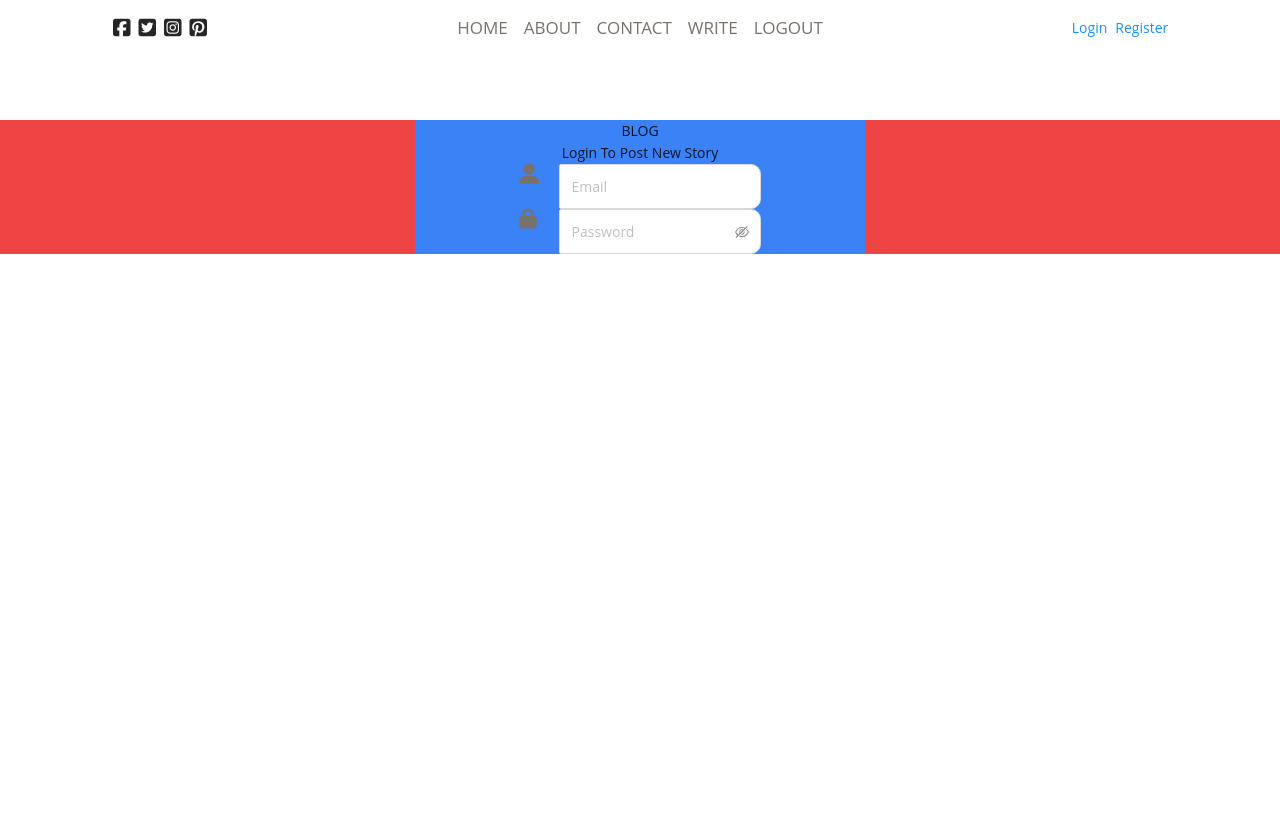
Repository: truongnguyenuit/Blog_App_ver2
Page: /login (app in client/)
The author's editor kept a copy of each file at every save. The page is drawn from the files as they stood at one save, then again after the next save.
The browser window is 1280 px wide. The pictures show the whole page.
Some web libraries are served in a nearby version. The project was rebuilt for these pictures with package versions that can differ from the ones it lists, and the page was loaded fresh each time. Also part of the build but not shown: client/src/components/AboutComponent.js, client/src/pages/HomePage.js, client/src/pages/RegisterPage.js.

Above is the page before, as saved 2022-07-18 11:36:34.

### client/public/index.html
<!DOCTYPE html>
<html lang="en">
  <head>

    <meta charset="utf-8" />
    <meta name="viewport" content="width=device-width, initial-scale=1" />
    <meta
      name="description"
      content="Web site created using create-react-app"
    />
    <style>
      *{
        font-family: 'Open Sans', sans-serif;
        margin: 0;
      }
    </style>
    <script src="https://kit.fontawesome.com/cd2089affa.js" crossorigin="anonymous"></script>
    <title>Blog App</title>

  </head>
  <body>

    <noscript>You need to enable JavaScript to run this app.</noscript>
    <div id="root"></div>

  </body>
</html>

### client/src/index.js
import React from 'react';
import ReactDOM from 'react-dom/client';
import './index.css';
import App from './App';
import 'antd/dist/antd.min.css'


const root = ReactDOM.createRoot(document.getElementById('root'));
root.render(
  <React.StrictMode>
    <App />
  </React.StrictMode>
);

### client/src/App.js
import { BrowserRouter, Route, Routes } from "react-router-dom";
import { configRouter } from './router/configRouter';
import NavbarComponent from './components/NavbarComponent';
function App() {
  return (
    <div>
      <BrowserRouter>
        <div className="fixed top-0 left-0 right-0 z-10">
          <NavbarComponent />
        </div>
        <div className="mt-[50px]"></div>
        <Routes>
          {configRouter.map((item, index) => {
            return (
              <Route
                key={index}
                path={item.path}
                element={item.page}
              />
            );
          })}

        </Routes>

      </BrowserRouter>
    </div>
  );
}

export default App;

### client/src/router/configRouter.js
import HomePage from "../pages/HomePage";
import LoginPage from "../pages/LoginPage";
import RegisterPage from "../pages/RegisterPage";
import { pathName } from "./pathName";

export const configRouter=[
  {
    path: pathName.home,
    page: <HomePage/>,
  },
  {
    path: pathName.login,
    page: <LoginPage/>,
  },
  {
    path: pathName.register,
    page: <RegisterPage/>
  }
]

### client/src/components/NavbarComponent.js
import React from 'react'
import { Link } from "react-router-dom";
import { Row, Col } from "antd"
import { pathName } from '../router/pathName';

const NavigateRouter = [
  {
    path: "",
    name: "HOME",
  },
  {
    path: "",
    name: "ABOUT",
  },
  {
    path: "",
    name: "CONTACT",
  },
  {
    path: "",
    name: "WRITE",
  },
  {
    path: "",
    name: "LOGOUT",
  },
];

const NavbarComponent = () => {
  return (
    <div className="bg-white">
      <Row >

        <Col span={6} className="h-14">
          <div className="flex justify-center items-center text-[20px] gap-2 h-14">
            <i className="fa-brands fa-facebook-square cursor-pointer"></i>
            <i className="fa-brands fa-twitter-square cursor-pointer"></i>
            <i className="fa-brands fa-instagram-square cursor-pointer"></i>
            <i className="fa-brands fa-pinterest-square cursor-pointer"></i>
          </div>
        </Col>

        <Col span={12} className="h-14">
          <nav>
            <ul className="flex justify-center items-center text-[17px] gap-4 h-14">
              {NavigateRouter.map((item, index) => {
                return (
                  <li key={index}>
                    <Link to={item.path} className="text-stone-500 hover:text-stone-400">
                      {item.name}
                    </Link>
                  </li>
                );

              })}
            </ul>
          </nav>
        </Col>

        <Col span={6} className="h-14">
          <div className="flex justify-center items-center gap-2 h-14">
            <Link to={pathName.login}>
              Login
            </Link>
            <Link to={pathName.register}>
              Register
            </Link>
          </div>
        </Col>

      </Row>
    </div>
  )
}

export default NavbarComponent

### client/src/pages/LoginPage.js
import React from 'react'
import { Button, Input, Row, Col } from "antd";
import { pathName } from "../router/pathName";
import { Link, useNavigate } from "react-router-dom";
const LoginPage = () => {
  return (
    <div className='bg-red-500  mt-[120px] flex justify-center'>
      <div className="bg-blue-500 w-[450px] flex flex-col items-center">
        <span>
          BLOG
        </span>
        <span className="s">
          Login To Post New Story
        </span>
        <form onSubmit={''}>
          <Row>
            <Col span={4}>
              <i className="fa-solid fa-user-large text-[20px] text-stone-500"></i>

            </Col>
            <Col span={20}>
              <Input
                placeholder="Email"
                style={{
                  height: 45,
                  borderTopRightRadius: 10,
                  borderBottomRightRadius: 10,
                }}
              />
            </Col>
          </Row>
          <Row>
            <Col span={4}>
              <i className="fa-solid fa-lock text-[20px] text-stone-500"></i>
            </Col>
            <Col span={20}>
              <Input.Password
                placeholder="Password"
                visibilityToggle={true}
                style={{
                  height: 45,
                  borderTopRightRadius: 10,
                  borderBottomRightRadius: 10,
                }}
              />
            </Col>
          </Row>
        </form>
      </div>

    </div>
  )
}

export default LoginPage

### client/src/router/pathName.js
export const pathName = {
  home: "/",

  login: "/login",
  register: "/register",

}

### client/tailwind.config.js
/** @type {import('tailwindcss').Config} */
module.exports = {
  content: ["./src/**/*.{html,js,jsx,ts}"],
  theme: {
    extend: {},
  },
  plugins: [],
}

Loaded but not shown: client/src/index.css (common file)

After the next save:
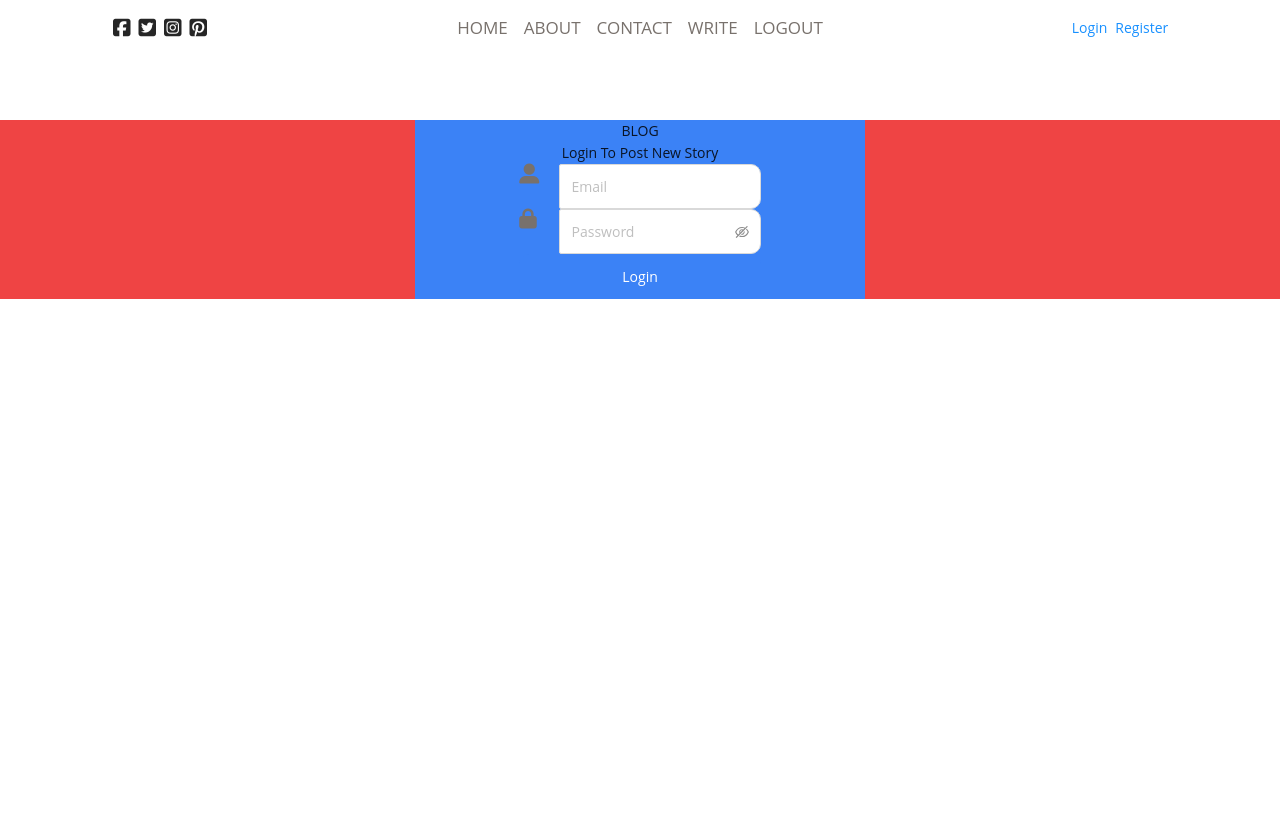
Saved 34 s later.
--- a/client/src/pages/LoginPage.js
+++ b/client/src/pages/LoginPage.js
@@ -45,6 +45,16 @@ const LoginPage = () => {
               />
             </Col>
           </Row>
+          <Row>
+              <Col span={24}>
+                <button
+                  type="submit"
+                  className="bg-blue-500 w-full h-[45px] text-white rounded-[10px]"
+                >
+                  Login
+                </button>
+              </Col>
+            </Row>
         </form>
       </div>
 
